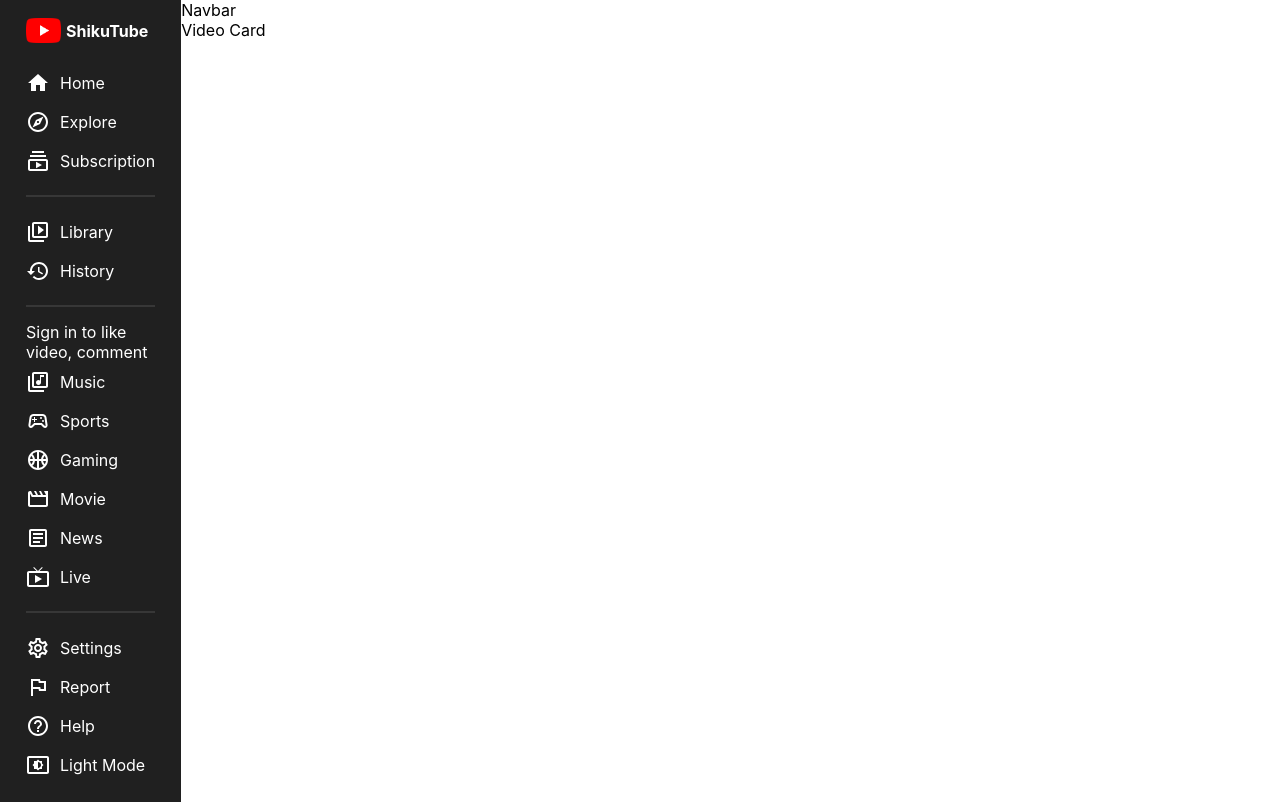
Repository: shikubro90/YouTube
Page: /
These files come from the project's save history. The page is drawn as it stood at one moment and after a run of saves; the edit follows.
The browser window is 1280 px wide. The pictures show the whole page.
The project was rebuilt for these pictures with package versions that can differ from the ones it lists, and the page was loaded fresh each time. Also part of the build but not shown: src/App.css.

Above is the page before, as saved 2022-07-17 21:57:40.

After the next 2 saves:
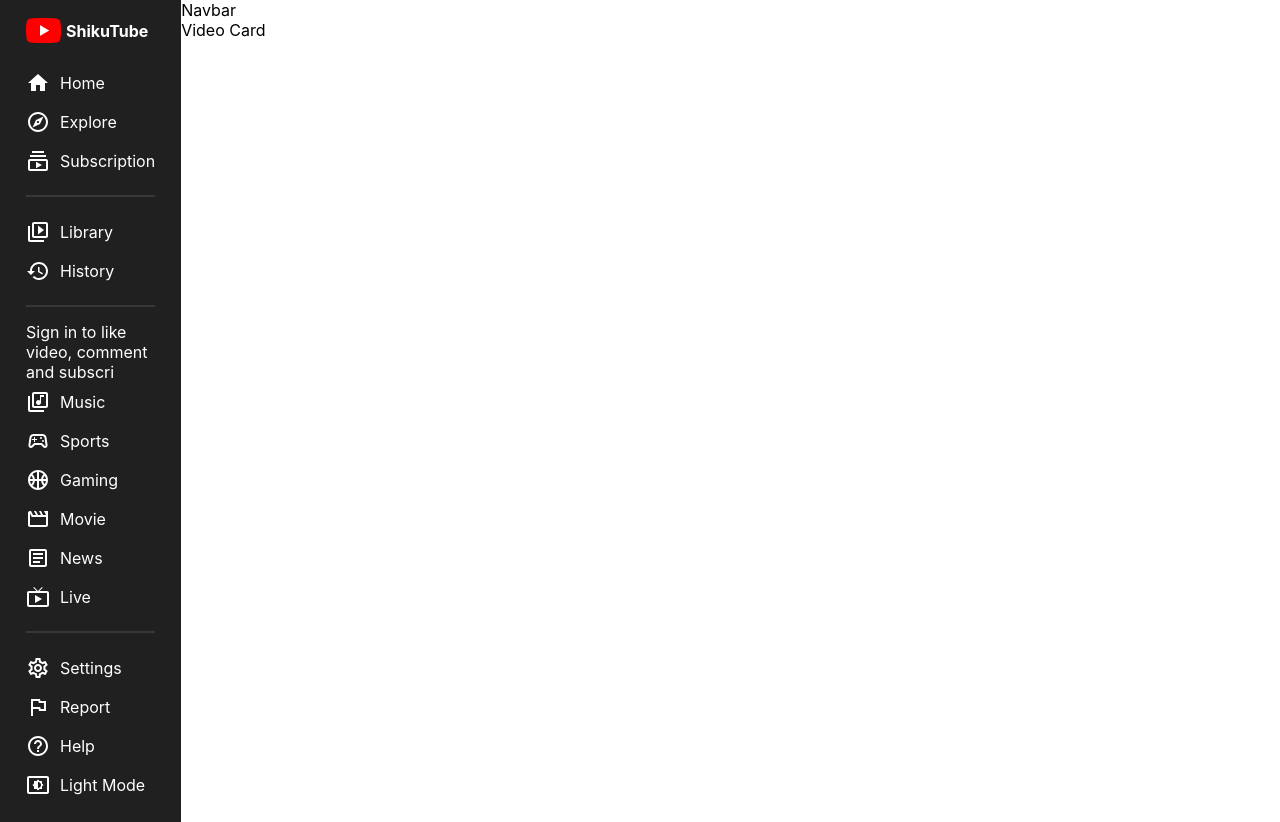
The 2 saves are shown as one change because they came seconds apart.
The last was saved 8 s later.
--- a/src/Components/Menu.jsx
+++ b/src/Components/Menu.jsx
@@ -96,7 +96,7 @@
                 </Item>
                 <Hr/>
                 <Login>
-                    Sign in to like video, comment
+                    Sign in to like video, comment and subscri
                 </Login>
                 <Item>
                     <LibraryMusicOutlinedIcon/>
